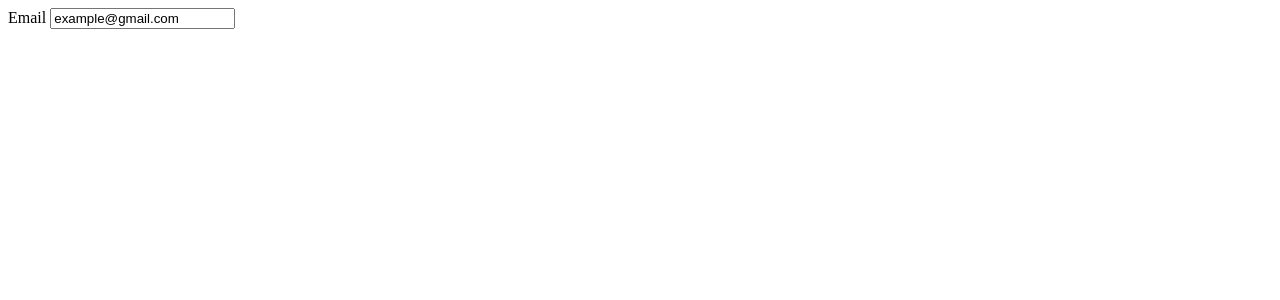
Repository: Use-dev-pixel/PassingDataFromOneServletToAnother
Page: first_servlet/src/main/webapp/login.html
An editor plug-in stored every save of this project. The page is shown before and after the next save, followed by the edit.
The browser window is 1280 px wide. The pictures show the whole page.

Above is the page before, as saved 2025-12-09 09:53:57.

After the next save:
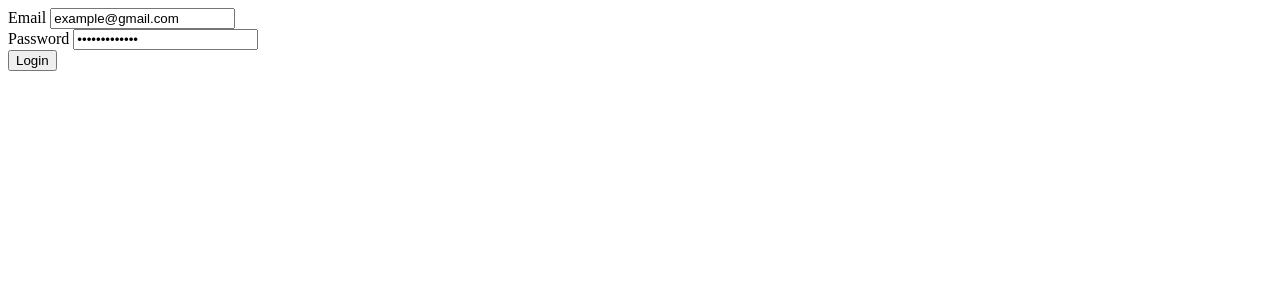
Saved 53 s later.
--- a/first_servlet/src/main/webapp/login.html
+++ b/first_servlet/src/main/webapp/login.html
@@ -9,7 +9,10 @@
 		<label>Email</label>
 		<input type="email" name="email" value="example@gmail.com">
 		<br>
-
+		<label>Password</label>
+		<input type="password" name="password" value="example@12345">
+		<br>
+		<button>Login</button>
 
 	</form>
 </body>
